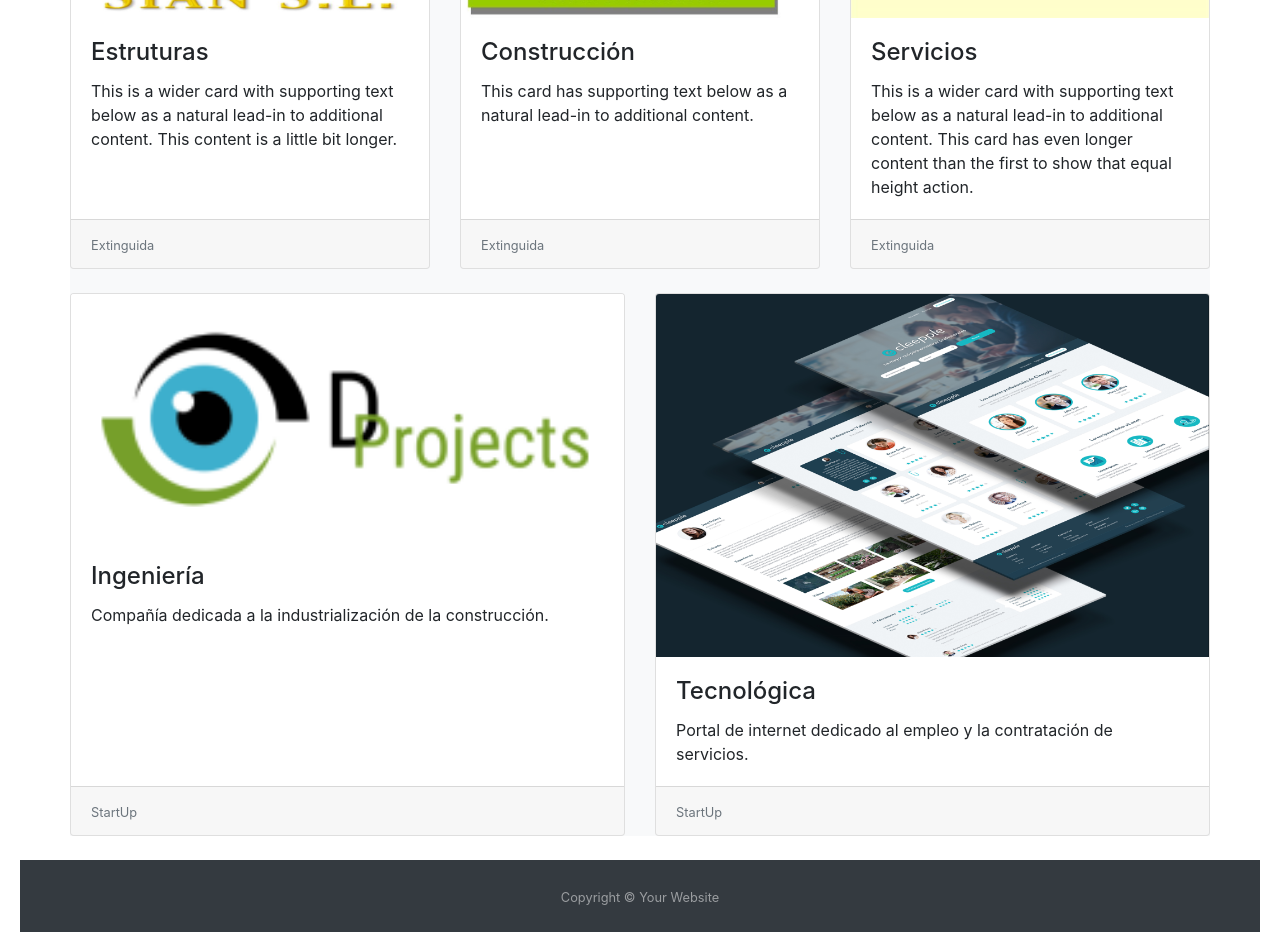
Repository: Hrotgarion1/jose
Page: index.html
An editor plug-in stored every save of this project. The page is shown before and after the next save, followed by the edit.
The browser window is 1280 px wide. The pictures show the part of the page from y = 4742 to 5694 px (the page is 5694 px tall).
A picture or video elsewhere on the page could not be fetched, so the positions and the page height are approximate.

Above is the page before, as saved 2020-09-30 19:21:33.

### index.html
<!DOCTYPE html>
<html lang="en">
<head>
    <meta charset="UTF-8">
    <meta name="viewport" content="width=device-width, user-scalable=no, initial-scale=1.0, maximum-scale=1.0, minimum-scale=1.0">
    <title>josenunez.eu</title>
    <meta name="jose p nunez" content="">
    <link rel="stylesheet" href="css/bootstrap.min.css">
    <link rel="stylesheet" href="css/estilos.css">
    <!-- Favicon -->
    <link rel="shortcut icon" href="img/LogoPuntaDeLanza.png">
</head>
<body>
    <!--Navegador responsive de la web-->
    <nav class="navbar navbar-expand-lg navbar-light bg-info">
        <a class="navbar-brand" href="../jose/index.html">Inicio</a>
        <button class="navbar-toggler" type="button" data-toggle="collapse" data-target="#navbarNavDropdown" aria-controls="navbarNavDropdown" aria-expanded="false" aria-label="Toggle navigation">
          <span class="navbar-toggler-icon"></span>
        </button>

        <div class="collapse navbar-collapse" id="navbarNavDropdown">
          <ul class="navbar-nav">

            <li class="nav-item">
              <a class="nav-link" href="#sobre">Sobre mi <span class="sr-only">(current)</span></a>
            </li>
            <li class="nav-item">
              <a class="nav-link" href="#cv">Estudios</a>
            </li>
            <li class="nav-item">
              <a class="nav-link" href="#exp">Experiencia</a>
            </li>
            <li class="nav-item dropdown">
              <a class="nav-link dropdown-toggle" href="#" id="navbarDropdownMenuLink" role="button" data-toggle="dropdown" aria-haspopup="true" aria-expanded="false">
                Proyectos
              </a>
              <div class="dropdown-menu bg-info" aria-labelledby="navbarDropdownMenuLink">
                <a class="dropdown-item" href="../jose/solid.html">Diseños con SolidWorks</a>
                <a class="dropdown-item" href="../jose/catia.html">Diseños con Catia V5</a>
                <a class="dropdown-item" href="../jose/projects.html">Proyectos de construcción dirigidos</a>
                <a class="dropdown-item" href="../jose/video.html">Videos</a>
              </div>
            </li>
          </ul>
        </div>
      </nav>


      <!--Imagen principal-->
      <div class="container bg-light">
        <section id="inicio">
            <!-- 16:9 aspect ratio -->
             <div class="embed-responsive embed-responsive-16by9">
              <iframe class="embed-responsive-item" src="https://player.vimeo.com/video/411986882?autoplay=1&title=0&byline=0&portrait=0"></iframe>
             </div>
        </section>


        <!--Seccion en la que me presento-->
        <div class="panel panel-default bg-info">
          <div class="linea1"></div>
          <div class="panel-body">
            <h3>Sobre mi</h3>
          </div>
        </div>
        <br>
        <section class="main row" id="sobre">


          <article class="col-xs-12 col-sm-6 col-md-6 col-lg-6">
            <div class="card">
              <img class="card-img-top" src="img/Jose1peque.png" width="100%" height="100%" alt="Card image cap">
              <div class="card-body">
                <h4 class="card-title">Jose P. Núñez</h4>
                <p class="card-text"></p>
              </div>
              <ul class="list-group list-group-flush">
                <li class="list-group-item">Project Manager</li>
                <li class="list-group-item">Diseñador Industrial</li>
              </ul>
              <div class="card-body">
                <a href="https://cutt.ly/of9KPvN" class="card-link">LinkedIn</a>
                <br><br>
                <img src="img/qrlinkedinjose.png" width="30%" height="30%">
              </div>
            </div>

          </article>
          <br>

         <aside class="col-xs-12 col-sm-6 col-md-6 col-lg-6">
          <div class="card bg-cards">
            <img class="card-img-top" src="img/LogoJose.PNG" width="100%" height="100%" alt="Card image cap">
            <br>
            <div class="card-body">
              <h4 class="card-title">Sobre mi</h4>
              <p class="card-text">Soy un trabajador incansable, con un gran amor por los retos y la eficiencia que estaré encantado de formar parte de tu equipo. Si estás en esta pagina, entonces probablemente quieras saber más sobre mi! Soy capaz de hacer algunas cosas realmente bien, incluido el diseño de productos, la dirección de proyectos o la implementación de nuevas estrategias de producción. Pero bueno, me gustar pensar que soy mucho más que todo esto, te invito a saber más sobre mi, mi trabajo y porqué estoy aquí.</p>
              <p class="card-text"><small class="text-muted">Última actualización 30/09/2020</small></p>
            </div>

          </div>
       </aside>
        </section>
        <br><br><br>
        <div class="linea1"></div>
        <div class="panel panel-default bg-info">
          <div class="panel-body">
            <h3>Estudios</h3>
          </div>
        </div>
        <br>


        <!--Seccion en la que pongo unas listas con mis conocimientos y mis estudios-->

        <section class="main row" id="cv">
          <div class="card-columns">
            <div class="card">
              <img class="card-img-top" src="img/estudios.jpg" alt="Card image cap">
              <div class="card-body">
                <h4 class="card-title">Estudios</h4>
                <ul>
                  <li>Máster en Dirección y Gestión de Proyectos</li>
                  <li>Diseño Industrial de Productos mecanizados con Catia V5</li>
                  <li>Diseño Industrial con SolidWorks</li>
                  <li>E.G.B</li>
                </ul>
                <p class="card-text"><small class="text-muted">Actualizado el 30/09/2020</small></p>
              </div>
            </div>
            <div class="card p-3 text-center bg-cards-citas">
              <blockquote class="blockquote mb-0 card-body">
                <p><small>Quizás sorprenda, pero diré que nunca pretendí ser más astuto que los demás. Sí pensé por mi cuenta siempre e intenté explicitarme a mí mismo y a mis ideas en la práctica. El principio es que tengo una mente organizada. Soy un autodidacta, pero soy muy curioso, todo me interesa.</small></p>
                <footer class="blockquote-footer">
                  <small class="text-muted">
                      <cite title="Source Title">Vida y obra de Le Corbusier</cite>
                  </small>
                </footer>
              </blockquote>
            </div>
            <div class="card">
              <img class="card-img-top" src="img/otrastitu.jpg" alt="Card image cap">
              <div class="card-body">
                <h4 class="card-title">Otras titulaciones</h4>
                <ul>
                  <li>Carnet de puente grúa</li>
                  <li>Soldador MIG MAG ISO 9606</li>
                  <li>Soldador MMA (Electrodo) ISO 5768</li>
                </ul>
                <p class="card-text"><small class="text-muted">Actualizado el 30/09/2020</small></p>
              </div>
            </div>
            <div class="card">
              <img class="card-img" src="img/puentegrua.jpg" alt="Card image">
            </div>
            <div class="card">
              <div class="card-body">
                <h4 class="card-title">Idiomas</h4>
                <ul>
                  <li>Español nativo</li>
                  <li>Catalán nativo</li>
                  <li>Inglés A1 (Cambridge más 6 años viviendo en Uk)</li>
                </ul>
                <p class="card-text"><small class="text-muted">Actualizado el 30/09/2020</small></p>
              </div>
              <img class="card-img-bottom" src="img/idiomas.jpg" alt="Card image cap">
            </div>
            <div class="card text-center bg-cards">
              <div class="card-body">
                <h4 class="card-title"></h4>
                <p class="card-text">«Viajar es fatal para los prejuicios, la intolerancia y la estrechez de miras»</p>
                <p class="card-text"><small class="text-muted">Mark Twain</small></p>
              </div>
            </div>
            <div class="card">
              <img class="card-img-top" src="img/preven.jpg" alt="Card image cap">
              <div class="card-body">
                <h4 class="card-title">PRL</h4>
                <ul>
                  <li>50H Asepeyo Trabajos en obras</li>
                  <li>32H Cifo trabajos en Oficina</li>
                  <li>8H Trabajos en obras</li>
                  <li>8H Trabajos en altura</li>
                  <li>Primeros auxilios (obtenido en UK)</li>
                </ul>
                <p class="card-text"><small class="text-muted">Actualizado el 30/09/2020</small></p>
              </div>
            </div>
            <div class="card text-center bg-cards">
              <div class="card-body">
                <h4 class="card-title">Regla nº 1</h4>
                <p class="card-text">Volver a casa sano y salvo</p>
                <p class="card-text"><small class="text-muted">Jose P. Núñez</small></p>
              </div>
            </div>
            <div class="card">
              <img class="card-img-top" src="img/softdesing.jpg" alt="Card image cap">
              <div class="card-body">
                <h4 class="card-title">Software</h4>
                <ul>
                  <li>Catia</li>
                  <li>SolidWorks</li>
                  <li>Inventor</li>
                  <li>NavisWorks</li>
                  <li>Advance Steel</li>
                  <li>Revit</li>
                  <li>Tekla</li>
                  <li>MSProject</li>
                  <li>Presto</li>
                  <li>Trello</li>
                  <li>Paquete Office</li>
                  <li>HTML</li>
                  <li>CSS</li>
                  <li>Jsonscript</li>
                  <li>xml</li>
                  <li>java</li>
                  <li>Keyshot</li>
                </ul>
                <p class="card-text"><small class="text-muted">Actualizado el 30/09/2020</small></p>
              </div>
              <img class="card-img-bottom" src="img/softdevelop.jpg" alt="Card image cap">
            </div>
          </div>


        </section>
        <div class="linea1"></div>
        <div class="panel panel-default bg-info">
          <div class="panel-body">
            <h3>Experiencias</h3>
          </div>
        </div>
        <br>

        <!--Seccion en la que pongo unas listas con mis capacidades y mi experiencia-->

        <section class="main row" id="exp">
          <div class="card-deck">
            <div class="card">
              <img class="card-img-top" src="img/experience.jpg" alt="Card image cap">
              <div class="card-body">
                <h4 class="card-title">Experiencia Laboral</h4>
                <ul>
                  <li>Estructuras Sian S.L cargo: Fundador <b>(CEO)</b></li>
                  <li>Malcon Gestión y Construcción cargo: Fundador <b>(CEO)</b></li>
                  <li>Omnes Laborant Ltd. (PT) cargo: Fundador <b>(CEO)</b></li>
                  <li>Edal Alimentación S.C.P cargo: <b>Administrador</b></li>
                  <li>Cleepple LTD. (UK) cargo: Fundador <b>(CEO)</b></li>
                  <li>Construcciones Ben-Rilo S.L cargo: <b>Encargado</b></li>
                  <li>Estructuras Matpin S.L cargo: <b>Encargado</b></li>
                  <li>Estructuras Arenys S.L cargo: <b>Encargado</b></li>
                  <li>CISA 95 S.L cargo: <b>Capataz</b></li>
                  <li>Estructuras Valls S.L cargo: <b>Cerrajero</b></li>
                  <li>Estructuras Avenida S.L cargo: <b>Soldador</b></li>
                  <li>John Reid and Sons (UK) cargo: <b>Welder/Fabricator</b></li>
                  <li>The Skip Factory LTD. (UK) cargo: <b>Welder/Fabricator</b></li>
                  <li>Farpe 97 S.L cargo: <b>Encofrador</b></li>
                  <li>Construcciones Famada S.L cargo: <b>Ferralla</b></li>
                  <li>Puertas La Llopa S.L cargo: <b>Cerrajero</b></li>
                </ul>
              </div>
              <div class="card-footer">
                <small class="text-muted">Actualizado el 30/09/2020</small>
              </div>
            </div>
            <div class="card">
              <img class="card-img-top" src="img/skills.jpg" alt="Card image cap">
              <div class="card-body">
                <h4 class="card-title">Capacidades</h4>
                <ul>
                  <li>Dirección de Proyectos</li>
                  <li>Gestión de equipos humanos</li>
                  <li>Capacitación de RRHH</li>
                  <li>Planificación</li>
                  <li>Implementación de directrices</li>
                  <li>Gestión de clientes</li>
                  <li>Gestión de cobros</li>
                  <li>Negociación</li>
                  <li>Realización y seguimiento de PRL</li>
                  <li>Control de la producción</li>
                  <li>Planificación de mantenimiento</li>
                  <li>Desarrollo de nuevos productos</li>
                  <li>Gestión de pagos</li>
                  <li>Gestión de subcontratas</li>
                  <li>Gestión de proveedores</li>
                  <li>Planificación</li>
                </ul>
              </div>
              <div class="card-footer">
                <small class="text-muted">Actualizado el 30/09/2020</small>
              </div>
            </div>
          </div>
        </section>
        <div class="linea1"></div>
        <div class="panel panel-default bg-info">
          <div class="panel-body">
            <h3>Emprendimientos</h3>
          </div>
        </div>
        <br>

        <!--Seccion en la que pongo unas listas con mis capacidades y mi experiencia-->
        <section class="main row" id="emprend">
          <div class="card-deck">
            <div class="card">
              <img class="card-img-top" src="img/LogoSIAN990x715.png" alt="Card image cap">
              <div class="card-body">
                <h4 class="card-title">Estruturas</h4>
                <p class="card-text">This is a wider card with supporting text below as a natural lead-in to additional content. This content is a little bit longer.</p>
              </div>
              <div class="card-footer">
                <small class="text-muted">Extinguida</small>
              </div>
            </div>
            <div class="card">
              <img class="card-img-top" src="img/Malcon990x715.png" alt="Card image cap">
              <div class="card-body">
                <h4 class="card-title">Construcción</h4>
                <p class="card-text">This card has supporting text below as a natural lead-in to additional content.</p>
              </div>
              <div class="card-footer">
                <small class="text-muted">Extinguida</small>
              </div>
            </div>
            <div class="card">
              <img class="card-img-top" src="img/OMNES990x715.png" alt="Card image cap">
              <div class="card-body">
                <h4 class="card-title">Servicios</h4>
                <p class="card-text">This is a wider card with supporting text below as a natural lead-in to additional content. This card has even longer content than the first to show that equal height action.</p>
              </div>
              <div class="card-footer">
                <small class="text-muted">Extinguida</small>
              </div>
            </div>
          </div>
          <br>
          <div class="card-deck">
            <div class="card">
              <img class="card-img-top" src="img/Logo2.PNG" alt="Card image cap">
              <div class="card-body">
                <h4 class="card-title">Ingeniería</h4>
                <p class="card-text">Compañía dedicada a la industrialización de la construcción.</p>
              </div>
              <div class="card-footer">
                <small class="text-muted">StartUp</small>
              </div>
            </div>
            <div class="card">
              <img class="card-img-top" src="img/web-perspective990x650.png" alt="Card image cap">
              <div class="card-body">
                <h4 class="card-title">Tecnológica</h4>
                <p class="card-text">Portal de internet dedicado al empleo y la contratación de servicios.</p>
              </div>
              <div class="card-footer">
                <small class="text-muted">StartUp</small>
              </div>
            </div>
          </div>
        </section>
      </div>
      <br>
      <footer id="sticky-footer" class="py-4 bg-dark text-white-50">
        <div class="container text-center">
          <small>Copyright &copy; Your Website</small>
        </div>
      </footer>



    <script src="js/jquery-3.5.1.min.js"></script>
    <script src="js/bootstrap.min.js"></script>
    <script src="https://player.vimeo.com/api/player.js"></script>



</body>
</html>

### css/estilos.css
.linea {
  border-top: 15px solid #39B2C3;
  height: 25px;
  padding: 0;
  margin: 55px auto 0 auto;
}
.linea1 {
  border-top: 15px solid #39b2c3;
  height: 15px;
  padding: 0;
  margin: 0px auto 0 auto;
}

.bg-cards {
  background-color: #61C5D3 !important;
}
.bg-cards-citas {
  background-color: #67E47D !important;
}
body {
  margin: 20px;
  }

  #img_position {
  position: relative;
  left: 14%;
  padding: 15px;
  max-width: 100%;
  }

  #jumbo {
  background-color: #bfff80;
  font-family: 'Cinzel', serif;
  min-width: 100%;
  }

  .gw_vid {
   position: relative;
   padding-top: 0%;
   max-width: 100%;
   margin: 0 auto;
   }

Loaded but not shown: css/bootstrap.min.css (library); js/jquery-3.5.1.min.js (library); js/bootstrap.min.js (library)

After the next save:
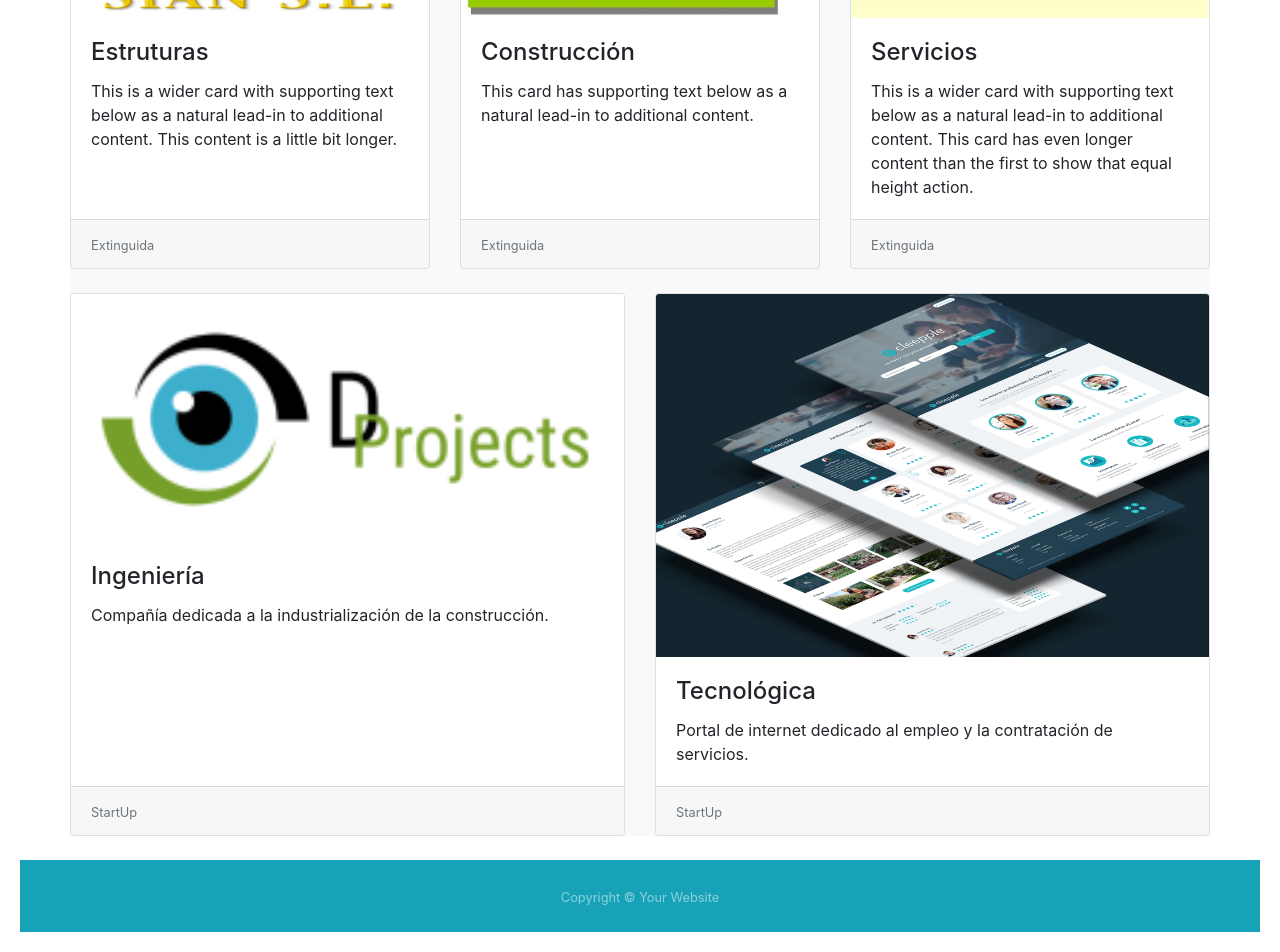
Saved 19 s later.
--- a/index.html
+++ b/index.html
@@ -360,7 +360,7 @@
         </section>
       </div>
       <br>
-      <footer id="sticky-footer" class="py-4 bg-dark text-white-50">
+      <footer id="sticky-footer" class="py-4 bg-info text-white-50">
         <div class="container text-center">
           <small>Copyright &copy; Your Website</small>
         </div>
